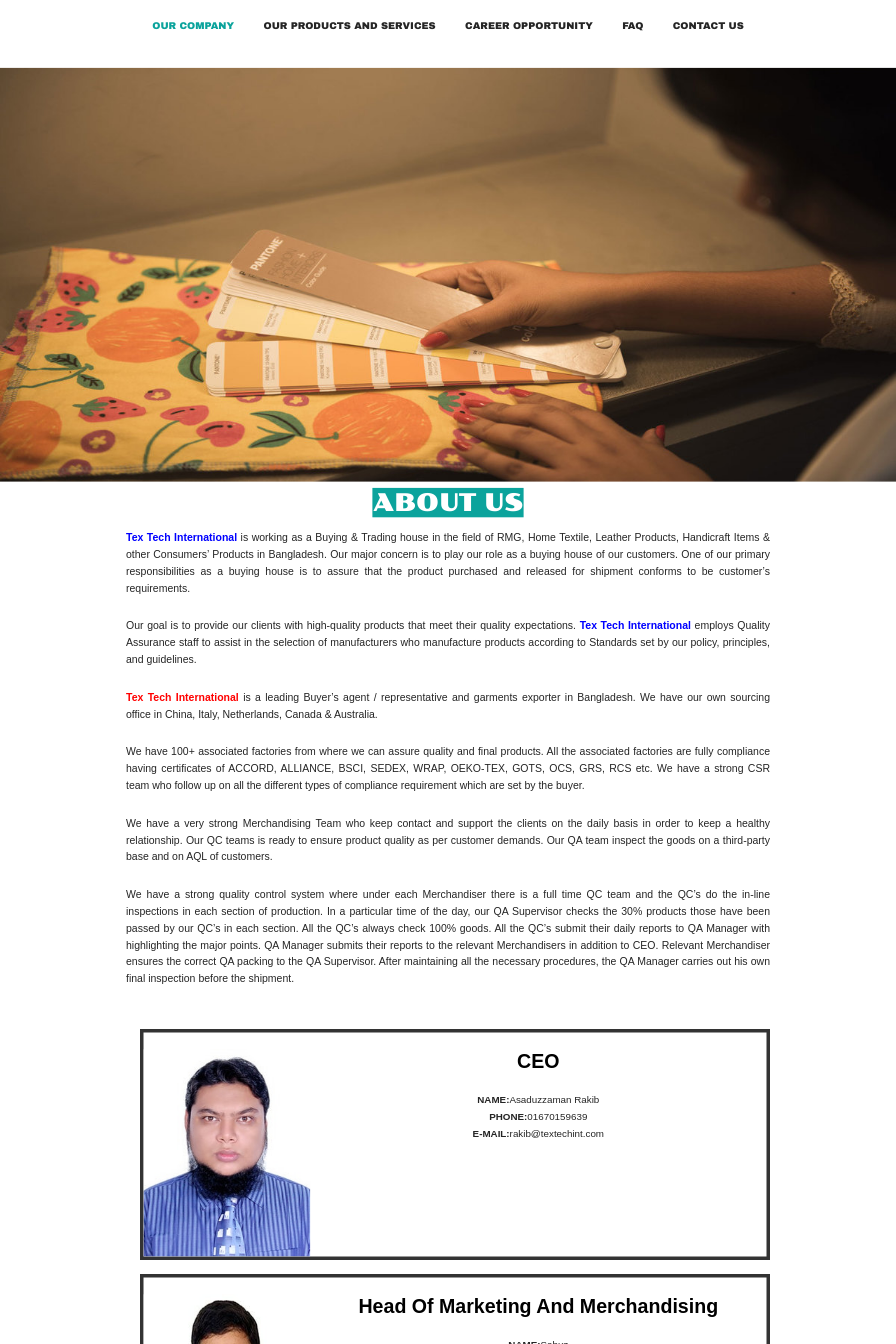
Repository: asifdotpy/textechint
Page: index.html
The author's editor kept a copy of each file at every save. The page is drawn from the files as they stood at one save, then again after a run of saves.
The browser window is 1280 px wide. The pictures show the part of the page from y = 0 to 1920 px (the page is 3359 px tall), at 70% of full size.

Above is the page before, as saved 2021-02-24 00:34:29.

### index.html
<!doctype html>
<html>
<head>
	<meta charset="UTF-8">
	<meta name="viewport" content="width=device-width, initial-scale=1.0">
	<title>Tex Tech International</title>
	<link rel="stylesheet" type="text/css" href="css/style.css">
	<link rel="stylesheet" type="text/css" href="css/mobile.css" media="screen and (max-width : 568px)">
	<script type="text/javascript" src="js/mobile.js"></script>
</head>
<body>
	<div id="header">
		<ul id="navigation">
			<li class="selected">
				<a href="index.html">our company</a>
			</li>
			<li>
				<a href="gallery.html">Our Products and services
				</a>
			</li>
			<li>
				<a href="about.html">career opportunity</a>
			</li>
			<li>
				<a href="blog.html">faq</a>
			</li>
			<li>
				<a href="contact.html">contact us</a>
			</li>
		</ul>
	</div>
	<div id="body">
		<div id="featured">
			<img src="images/featured.jpg" alt="">
		</div>
		<div class='intro'>
			<h1>About us</h1>
			<div class="main">
			<p><strong style="color: blue;">Tex Tech International</strong> is working as a Buying & Trading house in the field of RMG, Home Textile, Leather Products, Handicraft Items & other Consumers’ Products in Bangladesh. Our major concern is to play our role as a buying house of our customers. One of our primary responsibilities as a buying house is to assure that the product purchased and released for shipment conforms to be customer’s requirements.</p>
			<p>Our goal is to provide our clients with high-quality products that meet their quality expectations.
				<strong style="color: blue;">Tex Tech International</strong> employs Quality Assurance staff to assist in the selection of manufacturers who manufacture products according to Standards set by our policy, principles, and guidelines.</p>
			<p><strong style="color: red;">Tex Tech International</strong> is a leading Buyer’s agent / representative and garments exporter in Bangladesh. We have our own sourcing office in China, Italy, Netherlands, Canada & Australia.</p>
			<p>We have 100+ associated factories from where we can assure quality and final products. All the associated factories are fully compliance having certificates of ACCORD, ALLIANCE, BSCI, SEDEX, WRAP, OEKO-TEX, GOTS, OCS, GRS, RCS etc. We have a strong CSR team who follow up on all the different types of compliance requirement which are set by the buyer.</p>
			<p>We have a very strong Merchandising Team who keep contact and support the clients on the daily basis in order to keep a healthy relationship. Our QC teams is ready to ensure product quality as per customer demands. Our QA team inspect the goods on a third-party base and on AQL of customers.</p>
			<p>We have a strong quality control system where under each Merchandiser there is a full time QC team and the QC’s do the in-line inspections in each section of production. In a particular time of the day, our QA Supervisor checks the 30% products those have been passed by our QC’s in each section. All the QC’s always check 100% goods. All the QC’s submit their daily reports to QA Manager with highlighting the major points. QA Manager submits their reports to the relevant Merchandisers in addition to CEO. Relevant Merchandiser ensures the correct QA packing to the QA Supervisor. After maintaining all the necessary procedures, the QA Manager carries out his own final inspection before the shipment.</p>
			</p>
			</div>

		</div>

		<div class='heroes'>
		<ul>
			<div class="post-container">
				<div class="post-thumb"><img src="images/rakib.jpg" /></div>
				<div class="post-content">
					<h3 class="post-title">CEO</h3>
					<p><b>NAME:</b>Asaduzzaman Rakib</p>
					<p><b>PHONE:</b>01670159639</p>
					<p><b>E-MAIL:</b>rakib@textechint.com</p>
			   </div>
			</div>
			<div class="post-container">
				<div class="post-thumb"><img src="images/sabuz.jpg" /></div>
				<div class="post-content">
					<h3 class="post-title">Head Of Marketing And Merchandising</h3>
					<p><b>NAME:</b>Sabuz</p>
					<p><b>PHONE:</b>01xxxxxxxxxx</p>
					<p><b>E-MAIL:</b>sabuz@textechint.com</p>
			   </div>
			</div>
			<div class="post-container">
				<div class="post-thumb"><img src="images/monir.jpg" /></div>
				<div class="post-content">
					<h3 class="post-title">Head Of Finance And Accounts</h3>
					<p><b>NAME:</b>Monir</p>
					<p><b>PHONE:</b>01xxxxxxxxxx</p>
					<p><b>E-MAIL:</b>monir@textechint.com</p>
			   </div>
			</div>
			<div class="post-container">
				<div class="post-thumb"><img src="images/asif.jpg" /></div>
				<div class="post-content">
					<h3 class="post-title">Head Of IT</h3>
					<p><b>NAME:</b>Asif Iqbal</p>
					<p><b>PHONE:</b>01675259212</p>
					<p><b>E-MAIL:</b>asif@textechint.com</p>
			   </div>
			</div>
			<div class="post-container">
				<div class="post-thumb"><img src="images/apu.jpg" /></div>
				<div class="post-content">
					<h3 class="post-title">IT Executive</h3>
					<p><b>NAME:</b>Apu Chowdhury</p>
					<p><b>PHONE:</b>01635092636</p>
					<p><b>E-MAIL:</b>apu@textechint.com</p>
			   </div>
			</div>
		</ul>
		</div>
	</div>
	<div id="footer">
		<div>
			<p>&copy; Created by Asif and Apu. All rights reserved.</p>
			<ul>
				<li>
					<a href="http://freewebsitetemplates.com/go/twitter/" id="linkedin">linkedin</a>
				</li>
				<li>
					<a href="https://www.facebook.com/textechint" target="_blank" id="facebook">facebook</a>
			</ul>
		</div>
	</div>
</body>
</html>

### css/style.css
@font-face {
	font-family: 'poller_oneregular';
	src: url('../fonts/pollerone/pollerone-webfont.eot');
	src: url('../fonts/pollerone/pollerone-webfont.eot?#iefix') format('embedded-opentype'),
		 url('../fonts/pollerone/pollerone-webfont.woff') format('woff'),
		 url('../fonts/pollerone/pollerone-webfont.ttf') format('truetype'),
		 url('../fonts/pollerone/pollerone-webfont.svg#poller_oneregular') format('svg');
}
@font-face {
	font-family: 'leckerli_oneregular';
	src: url('../fonts/leckerlione/leckerlione-regular-webfont.eot');
	src: url('../fonts/leckerlione/leckerlione-regular-webfont.eot?#iefix') format('embedded-opentype'),
		 url('../fonts/leckerlione/leckerlione-regular-webfont.woff') format('woff'),
		 url('../fonts/leckerlione/leckerlione-regular-webfont.ttf') format('truetype'),
		 url('../fonts/leckerlione/leckerlione-regular-webfont.svg#leckerli_oneregular') format('svg');
}

body {
	background: #fff;
	font-family: Arial, Helvetica, sans-serif;
	font-size: 14px;
	font-weight: normal;
	line-height: 1;
	margin: 0;
	min-width: 960px;
	padding: 0;
}
p {
	color: #252525;
	line-height: 24px;
	margin: 0;
	padding: 0;
}
p a {
	color: #252525;
	text-decoration: underline;
}
p a:hover {
	color: #898989;
}
#header {
	margin: 0 auto;
	padding: 4px 0 50px;
	text-align: center;
	width: 960px;
}
#header a.logo {
	display: block;
	margin: 0 auto;
	padding: 0;
	width: 340px;
}
#header a.logo img {
	border: 0;
	display: block;
	margin: 0;
	padding: 0;
}
#header ul {
	margin: 0;
	padding: 25px 0 0;
}
#header ul li {
	display: inline;
	list-style: none;
	margin: 0;
	padding: 0 19px;
}
#header ul li a {
	color: #252525;
	display: inline-block;
	font-family: "Arial Black", Gadget, sans-serif;
	font-size: 14px;
	font-weight: normal;
	margin: 0;
	padding: 0 0 3px;
	text-decoration: none;
	text-transform: uppercase;
}
#header ul li a:hover, #header ul li.selected a {
	color: #0ba39c;
}
#body {
	margin: 0;
	padding: 0 0 30px;
	text-align: center;
}
#body h1 {
	color: #fff;
	display: inline;
	font-family: poller_oneregular;
	font-size: 35px;
	font-weight: normal;
	margin: 0;
	padding: 0;
	text-transform: uppercase;
}
#body h1 span {
	background: #252525;
	display: inline-block;
	padding: 15px 28px 12px;
}
#body > div {
	margin: 0 auto;
	padding: 0;
	width: 960px;
}
#body > div img {
	border: 0 auto;
	margin: 24px 0 0;
	padding: 0;
}
#body > div .article {
	margin: 0 auto;
	padding: 30px 30px 0;
	width: 560px;
}
#body > div .article h2 {
	font-family: "Arial Black", Gadget, sans-serif;
	font-size: 25px;
	font-weight: normal;
	margin: 0 0 30px;
}
#body > div .article h3 {
	color: #252525;
	line-height: 24px;
	margin: 0;
	padding: 0;
}
#body > div .article h4 {
	background: #252525;
	color: #fff;
	display: inline-block;
	font-family: "Arial Black", Gadget, sans-serif;
	font-size: 25px;
	font-weight: normal;
	margin: 0 0 30px;
	padding: 8px 27px 10px;
}
#body > div .article p {
	margin: 0 0 30px;
	text-align: justify;
}
#body div div ul {
	margin: 0;
	padding: 24px 10px 0;
	width: 940px;
	list-style-type: none;
}
#body div div ul li {
	border: 2px solid #1a1a1a;
	display: block;
	list-style: none;
	margin: 0 0 13px;
	overflow: hidden;
	padding: 0;
}
#body div ul li .figure {
	border-right: 2px solid #1a1a1a;
	float: left;
	margin: 0;
	padding: 0;
	width: 376px;
}
#body div ul li img {
	border: 0;
	display: block;
	margin: 0;
	padding: 0;
	opacity: 0.8;
	transition: 0.5s ease-in-out;
}
#body div ul li .figure:hover img {
	opacity: 1;
}
#body div ul li div {
	float: left;
	margin: 0;
	padding: 63px 0 20px;
	width: 558px;
}
#body div ul li div h3 {
	color: #252525;
	font-family: "Arial Black", Gadget, sans-serif;
	font-size: 25px;
	font-weight: normal;
	margin: 0;
	padding: 0;
	text-transform: uppercase;
}
#body div ul li div p {
	padding: 30px 30px 18px;
}
#body div ul li div a.more {
	background: #000;
	color: #fff;
	display: inline-block;
	font-family: "Arial Black", Gadget, sans-serif;
	font-size: 18px;
	font-weight: normal;
	margin: 0;
	padding: 8px 28px;
	text-decoration: none;
	text-transform: uppercase;
}
#body div ul li div a.more:hover {
	color: #252525;
	background: #fff;
	border: 2px solid #252525;
}
#body #featured {
	margin: 0 0 13px;
	padding: 0;
	position: relative;
	width: 100%;
}
#body #featured img {
	border: 0;
	display: block;
	margin: 0;
	padding: 0;
	width: 100%;
	height: auto;
}
#body #featured div {
	left: 50%;
	margin-left: -480px;
	margin-top: -171px;
	padding: 0 0 0 470px;
	position: absolute;
	top: 50%;
	text-align: left;
	width: 490px;
}
#body #featured div h2 {
	background: #fff;
	color: #000;
	display: inline-block;
	font-family: poller_oneregular;
	font-size: 20px;
	font-weight: normal;
	margin: 0 0 18px;
	padding: 23px 27px 20px;
	text-transform: uppercase;
}
#body #featured div span {
	background: #252525;
	color: #fff;
	display: inline-block;
	font-size: 20px;
	margin: 7px 0;
	padding: 12px 27px;
}
#body #featured div a {
	background: #0ba39c;
	color: #fff;
	display: inline-block;
	font-size: 16px;
	margin: 15px 0 0;
	padding: 26px 27px 22px;
	text-align: center;
	text-decoration: none;
	text-transform: uppercase;
}
#body #featured div a:hover {
	background: #1fc3bc;
}
#body > ul {
	margin: 0 auto;
	overflow: hidden;
	padding: 24px 0 0;
	width: 960px;
}
#body > ul li {
	display: block;
	float: left;
	margin: 0 10px 20px;
	padding: 0;
	width: 300px;
}
#body > ul li a {
	color: #000;
	display: block;
	font-family: poller_oneregular;
	font-size: 20px;
	font-weight: normal;
	margin: 0;
	padding: 0;
	text-align: center;
	text-decoration: none;
	text-transform: uppercase;
}
#body > ul li a img {
	border: 2px solid #1a1a1a;
	display: block;
	margin: 0;
	padding: 0;
	opacity: .8;
	transition: 0.5s ease-in-out;
}
#body > ul li a:hover img {
	opacity: 1;
}
#body > ul li a span {
	display: block;
	margin: 0;
	padding: 33px 0 0;
}
#body form {
	margin: 0 auto;
	padding: 24px 0 0;
	width: 620px;
}
#body form input, #body form textarea {
	border: 2px solid #252525;
	color: #252525;
	font-family: Arial, Helvetica, sans-serif;
	font-size: 15px;
	font-weight: normal;
	margin: 0 0 37px;
	padding: 20px 10px;
	text-align: center;
	text-transform: uppercase;
	width: 596px;
}
#body form textarea {
	height: 175px;
	overflow: auto;
	resize: none;
}
#body form #send {
	background: #252525;
	color: #fff;
	font-family: "Arial Black", Gadget, sans-serif;
	font-size: 15px;
	font-weight: normal;
	display: inline-block;
	padding: 20px 28px;
	width: auto;
}
#body form #send:hover {
	background: #fff;
	color: #252525;
	cursor: pointer;
}
#footer {
	background: #252525;
	margin: 0;
	padding: 36px 0 42px;
}
#footer div {
	margin: 0 auto;
	overflow: hidden;
	padding: 0;
	width: 960px;
}
#footer div p {
	color: #fff;
	float: left;
	line-height: 44px;
	margin: 0 0 0 10px;
	padding: 0;
}
#footer div ul {
	display: block;
	float: right;
	margin: 0;
	overflow: hidden;
	padding: 0;
	width: 256px;
}
#footer div ul li {
	display: block;
	float: left;
	list-style: none;
	margin: 0 10px;
	padding: 0;
	width: 44px;
}
#footer div ul li a {
	background: url(../images/icons.jpg) no-repeat 0 0;
	display: block;
	height: 44px;
	margin: 0;
	padding: 0;
	text-indent: -99999px;
	width: 44px;
}
#footer div ul li #linkedin {
	background-position: 0 0;
}
#footer div ul li #linkedin:hover {
	background-position: -44px 0;
}
#footer div ul li #facebook {
	background-position: 0 -44px;
}
#footer div ul li #facebook:hover {
	background-position: -44px -44px;
}

div .intro h1 {
	margin: 0px 50px;
	padding: 0px 50px;
	background-color: #0ba39c;
	text-decoration: #1a1a1a;
}

div .intro p {
	margin: 10px;
	padding: 10px;
}

div .main {
	font-size: 15px;
}



.post-container {
    margin: 20px 20px 0 0;
    border: 5px solid #333;
    overflow: auto
}
.post-thumb {
    float: left;
}
.post-thumb img {
    display: block;
}
.post-content {
    margin-left: 210px
}
.post-title {
    font-weight: bold;
    font-size: 200%
}

div .main {
	text-align: justify;
}

div .article

### js/mobile.js
window.onload = function(){
	var getNavi = document.getElementById('navigation');

	var mobile = document.createElement("span");
	mobile.setAttribute("id","mobile-navigation");
	getNavi.parentNode.insertBefore(mobile,getNavi);

	document.getElementById('mobile-navigation').onclick = function(){
		var a = getNavi.getAttribute('style');
		if(a){
			getNavi.removeAttribute('style');
			document.getElementById('mobile-navigation').style.backgroundImage='url(images/mobile-menu.png)';
		} else {
			getNavi.style.display='block';
			document.getElementById('mobile-navigation').style.backgroundImage='url(images/mobile-close.png)';
		}
	};
	var getElm = getNavi.getElementsByTagName("LI");
	for(var i=0;i<getElm.length;i++){
		if(getElm[i].children.length>1){
			var smenu = document.createElement("span");
			smenu.setAttribute("class","mobile-submenu");
			smenu.setAttribute("OnClick","submenu("+i+")");
			getElm[i].appendChild(smenu);
		};
	};
	submenu = function (i){
		var sub = getElm[i].children[1];
		var b = sub.getAttribute('style');
		if(b){
			sub.removeAttribute('style');
			getElm[i].lastChild.style.backgroundImage='url(images/mobile-expand.png)';
			getElm[i].lastChild.style.backgroundColor='rgba(11, 163, 156, 0.7)';
		} else {
			sub.style.display='block';
			getElm[i].lastChild.style.backgroundImage='url(images/mobile-collapse.png)';
			getElm[i].lastChild.style.backgroundColor='rgba(0,0,0,0.8)';
		}
	};
};

### css/mobile.css
body {
	min-width: 0;
}
#header {
	padding: 20px 0;
	position: relative;
	width: 100%;
}
#header a.logo {
	width: 80%;
}
#header a.logo img {
	width: 100%;
}
#mobile-navigation {
	background: url(../images/mobile-menu.png) no-repeat 0 0;
	display: block;
	height: 50px;
	margin: 30px auto 0;
	padding: 0;
	width: 50px;
}
#header ul {
	border: 1px solid #fff;
	display: none;
	left: 50%;
	margin-left: -45%;
	padding: 0;
	position: absolute;
	width: 90%;
	z-index: 1001;
}
#header ul li {
	border-top: 1px solid #fff;
	display: block;
	margin: 0;
	padding: 0;
	position: relative;
}
#header > ul > li:first-child {
	border: 0;
}
#header ul li a {
	background: rgba(11, 163, 156, 0.9);
	color: #fff;
	display: block;
	font-family: Arial, Helvetica, sans-serif;
	font-size: 16px;
	font-weight: normal;
	height: 49px;
	line-height: 49px;
	padding: 0 15px;
	text-align: left;
}
#header ul li a:hover, #header ul li.selected a {
	background: rgba(0, 0, 0, 0.9);
	color: #fff;
}
#header ul ul {
	display: none;
	border: 0;
	height: auto;
	left: 0;
	margin: 0;
	position: relative;
	width: 100%;
}
#header ul ul li a {
	text-indent: 15px;
}
#header ul li span {
	background: rgba(11, 163, 156, 0.9) url(../images/mobile-expand.png) no-repeat 0 0;
	border-left: 1px solid #fff;
	display: block;
	height: 49px;
	position: absolute;
	right: 0;
	top: 0;
	width: 50px;
}
#body {
	width: 100%;
}
#body h1 {
	display: block;
	font-size: 20px;
	margin: 0 auto;
	width: 90%;
}
#body h1 span {
	display: block;
	padding: 3%;
	width: 94%;
}
#body > div {
	padding: 0 5%;
	width: 90%;
}
#body > div img {
	margin: 24px 0 30px;
	width: 98%
}
#body > div .article {
	padding: 0;
	width: 100%;
}
#body > div .article h2, #body > div .article h4 {
	font-size: 18px;
	font-weight: bold;
}
#body #featured {
	overflow: hidden;
	margin: 0 0 20px
}
#body #featured img {
	min-width: 960px;
}
#body #featured div {
	left: 0;
	margin: 0;
	padding: 0 2%;
	position: absolute;
	top: 0;
	text-align: left;
	width: 96%;
}
#body #featured div h2 {
	font-size: 14px;
	font-weight: normal;
	margin: 50px 0 10px;
	padding: 8px 5px;
}
#body #featured div span {
	display: block;
	font-size: 14px;
	margin: 10px 0;
	padding: 10px;
}
#body #featured div a {
	font-size: 14px;
	margin: 5px 0 0;
	padding: 10px;
}
#body > ul {
	overflow: visible;
	padding: 0 5%;
	width: 90%;
}
#body ul.gallery {
	padding: 5% 0;
	overflow: hidden;
	width: 100%;
}
#body > ul li {
	float: none;
	margin: 0;
	width: 100%;
}
#body ul.gallery li {
	float: left;
	margin: 0 0 5% 5%;
	width: 42%;
}
#body > ul li a img {
	width: 98%;
}
#body > ul li a span {
	padding: 15px 0;
}
#body div ul {
	margin: 0;
	padding: 20px 0 0;
	width: 100%;
}
#body div ul li {
	overflow: visible;
	padding: 0 0 20px;
	width: 99%;
}
#body div ul li .figure {
	border: 0;
	display: block;
	float: none;
	margin: 0 0 20px;
	width: 100%;
}
#body div ul li .figure img {
	width: 100%;
}
#body div ul li div {
	float: none;
	padding: 0;
	width: 100%;
}
#body div ul li div a.more:hover {
	height: 14px;
	line-height: 14px;
}
#body form {
	width: 100%;
}
#body form input, #body form textarea {
	margin: 0 0 20px;
	padding: 10px;
	width: 84%;
}
#body form #send {
	padding: 10px;
}
#footer {
	padding: 10px 0 25px;
}
#footer div {
	overflow: visible;
	width: 100%;
}
#footer div p {
	float: none;
	margin: 0;
	text-align: center;
}
#footer div ul {
	float: none;
	margin: 0 auto;
	width: 256px;
}

After the next 2 saves:
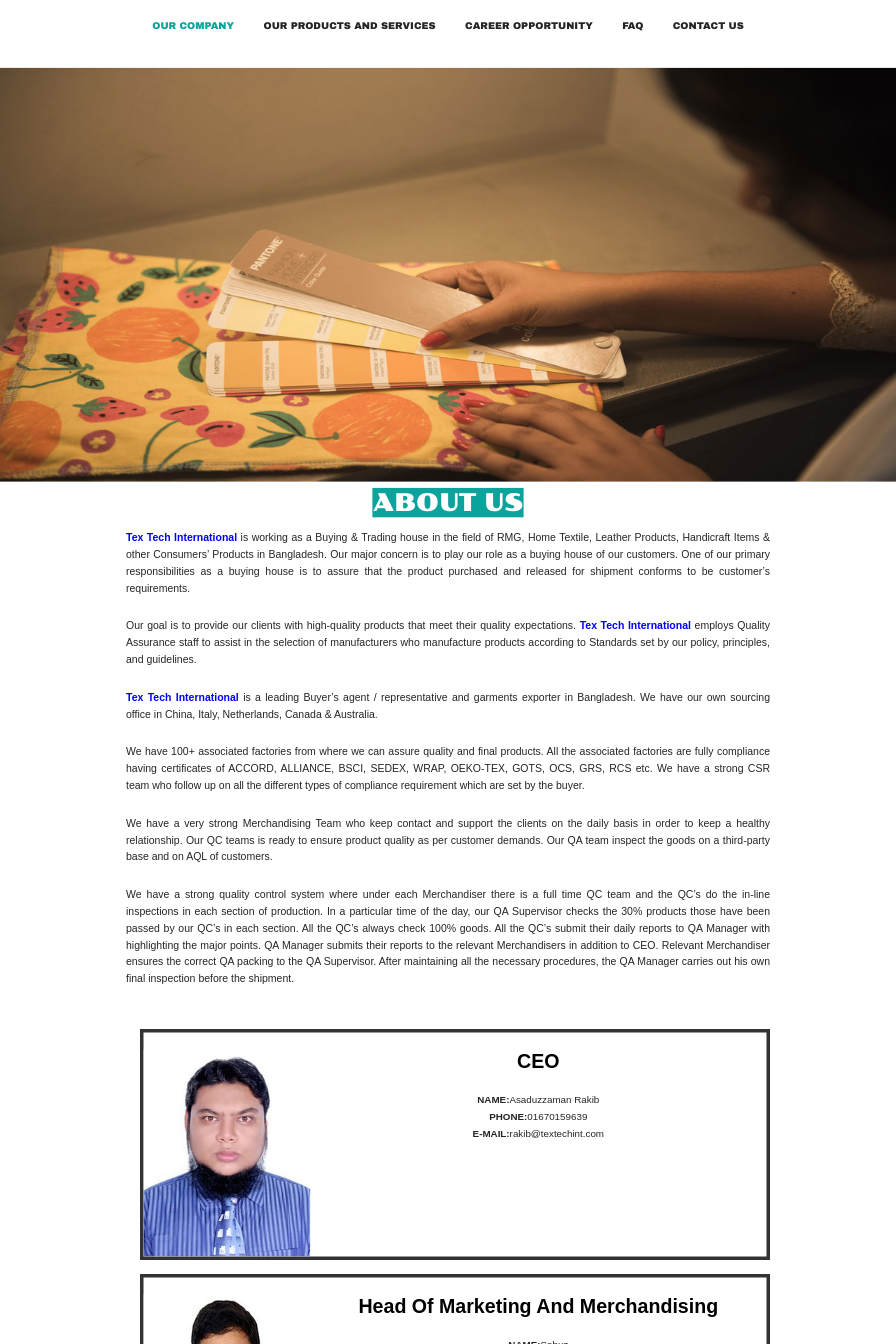
The 2 saves are shown as one change because they came seconds apart.
The last was saved 7 s later.
--- a/index.html
+++ b/index.html
@@ -39,7 +39,7 @@
 			<p><strong style="color: blue;">Tex Tech International</strong> is working as a Buying & Trading house in the field of RMG, Home Textile, Leather Products, Handicraft Items & other Consumers’ Products in Bangladesh. Our major concern is to play our role as a buying house of our customers. One of our primary responsibilities as a buying house is to assure that the product purchased and released for shipment conforms to be customer’s requirements.</p>
 			<p>Our goal is to provide our clients with high-quality products that meet their quality expectations.
 				<strong style="color: blue;">Tex Tech International</strong> employs Quality Assurance staff to assist in the selection of manufacturers who manufacture products according to Standards set by our policy, principles, and guidelines.</p>
-			<p><strong style="color: red;">Tex Tech International</strong> is a leading Buyer’s agent / representative and garments exporter in Bangladesh. We have our own sourcing office in China, Italy, Netherlands, Canada & Australia.</p>
+			<p><strong style="color: blue;">Tex Tech International</strong> is a leading Buyer’s agent / representative and garments exporter in Bangladesh. We have our own sourcing office in China, Italy, Netherlands, Canada & Australia.</p>
 			<p>We have 100+ associated factories from where we can assure quality and final products. All the associated factories are fully compliance having certificates of ACCORD, ALLIANCE, BSCI, SEDEX, WRAP, OEKO-TEX, GOTS, OCS, GRS, RCS etc. We have a strong CSR team who follow up on all the different types of compliance requirement which are set by the buyer.</p>
 			<p>We have a very strong Merchandising Team who keep contact and support the clients on the daily basis in order to keep a healthy relationship. Our QC teams is ready to ensure product quality as per customer demands. Our QA team inspect the goods on a third-party base and on AQL of customers.</p>
 			<p>We have a strong quality control system where under each Merchandiser there is a full time QC team and the QC’s do the in-line inspections in each section of production. In a particular time of the day, our QA Supervisor checks the 30% products those have been passed by our QC’s in each section. All the QC’s always check 100% goods. All the QC’s submit their daily reports to QA Manager with highlighting the major points. QA Manager submits their reports to the relevant Merchandisers in addition to CEO. Relevant Merchandiser ensures the correct QA packing to the QA Supervisor. After maintaining all the necessary procedures, the QA Manager carries out his own final inspection before the shipment.</p>
